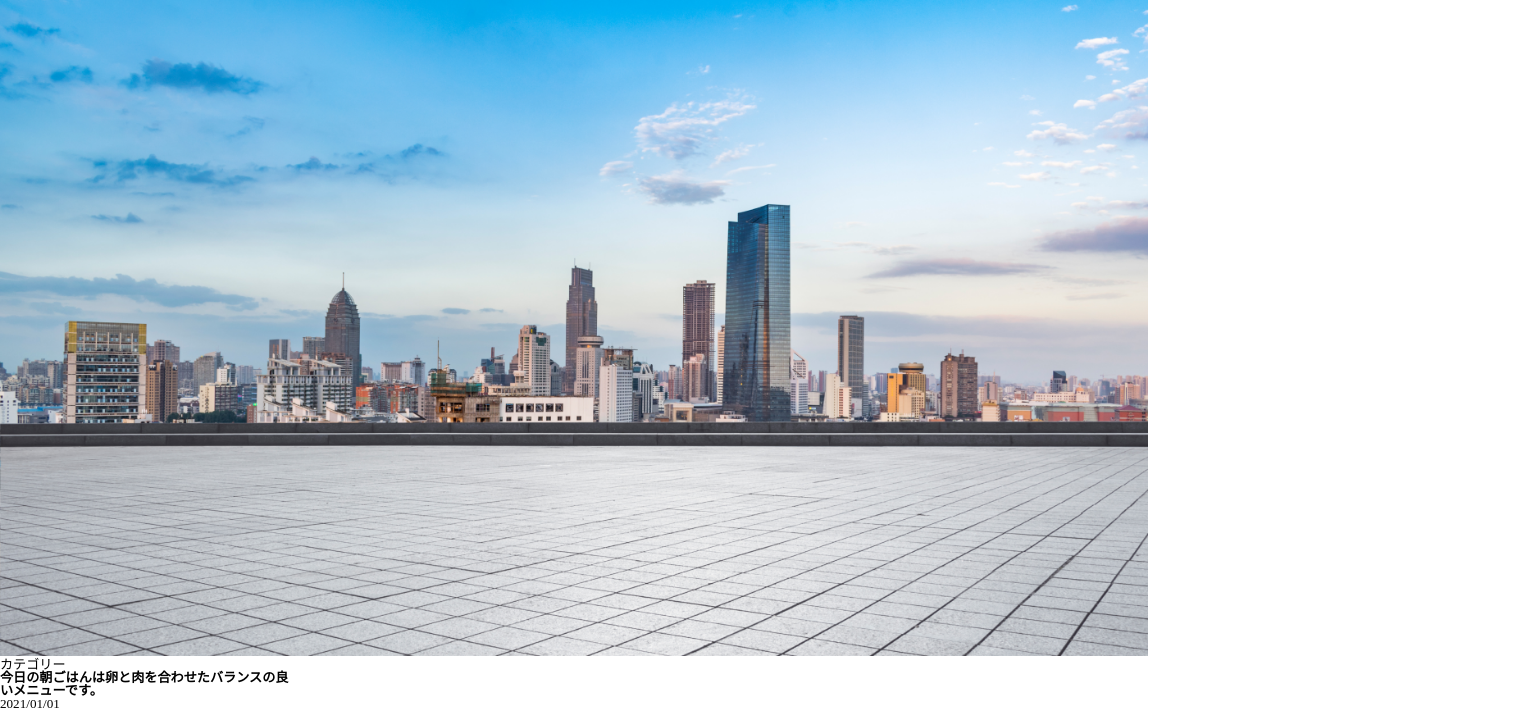
Repository: yosuke257/20231104_watanabe_css
Page: coachtech/html-css/index.html
An editor plug-in stored every save of this project. The page is shown before and after the next save, followed by the edit.
The browser window is 1280 px wide. The page is 1400 px wide, then 1860 px, so the pictures cover 1860 px, including what lies to the right of the window. The pictures show the whole page, at 82% of full size.

Above is the page before, as saved 2023-10-23 00:00:17.

### coachtech/html-css/index.html
<!DOCTYPE html>
<html lang="ja">

<head>
    <meta charset="UTF-8">
    <meta name="viewport" content="width=device-width, initial-scale=1.0">
    <title>Document</title>
    <link rel="stylesheet" href="css/style.css" />
    <link rel="stylesheet" href="css/reset.css" />
</head>

<body>
    <div class="card">
        <div class="card__img">
            <img src="img/mv.png" alt="">
        </div>
    </div>

    <div class="card__content">
        <div class="card__content-cat">カテゴリー</div>
        <h2 class="card__content-ttl">
            今日の朝ごはんは卵と肉を合わせたバランスの良いメニューです。
        </h2>
        <div class="card__content-tag">
            <p class="card__content-tag-item"></p>
            <p class="card__content-tag-item card__content-tag-item--last">2021/01/01</p>
        </div>
    </div>
</body>

</html>

### coachtech/html-css/css/style.css
body {
    width: 360px;
}

### coachtech/html-css/css/reset.css
 /*
html5doctor.com Reset Stylesheet
v1.6.1
Last Updated: 2010-09-17
Author: Richard Clark - http://richclarkdesign.com
Twitter: @rich_clark
*/

 html,
 body,
 div,
 span,
 object,
 iframe,
 h1,
 h2,
 h3,
 h4,
 h5,
 h6,
 p,
 blockquote,
 pre,
 abbr,
 address,
 cite,
 code,
 del,
 dfn,
 em,
 img,
 ins,
 kbd,
 q,
 samp,
 small,
 strong,
 sub,
 sup,
 var,
 b,
 i,
 dl,
 dt,
 dd,
 ol,
 ul,
 li,
 fieldset,
 form,
 label,
 legend,
 table,
 caption,
 tbody,
 tfoot,
 thead,
 tr,
 th,
 td,
 article,
 aside,
 canvas,
 details,
 figcaption,
 figure,
 footer,
 header,
 hgroup,
 menu,
 nav,
 section,
 summary,
 time,
 mark,
 audio,
 video {
     margin: 0;
     padding: 0;
     border: 0;
     outline: 0;
     font-size: 100%;
     vertical-align: baseline;
     background: transparent;
 }

 body {
     line-height: 1;
 }

 article,
 aside,
 details,
 figcaption,
 figure,
 footer,
 header,
 hgroup,
 menu,
 nav,
 section {
     display: block;
 }

 nav ul {
     list-style: none;
 }

 blockquote,
 q {
     quotes: none;
 }

 blockquote:before,
 blockquote:after,
 q:before,
 q:after {
     content: '';
     content: none;
 }

 a {
     margin: 0;
     padding: 0;
     font-size: 100%;
     vertical-align: baseline;
     background: transparent;
 }

 /* change colours to suit your needs */
 ins {
     background-color: #ff9;
     color: #000;
     text-decoration: none;
 }

 /* change colours to suit your needs */
 mark {
     background-color: #ff9;
     color: #000;
     font-style: italic;
     font-weight: bold;
 }

 del {
     text-decoration: line-through;
 }

 abbr[title],
 dfn[title] {
     border-bottom: 1px dotted;
     cursor: help;
 }

 table {
     border-collapse: collapse;
     border-spacing: 0;
 }

 /* change border colour to suit your needs */
 hr {
     display: block;
     height: 1px;
     border: 0;
     border-top: 1px solid #cccccc;
     margin: 1em 0;
     padding: 0;
 }

 input,
 select {
     vertical-align: middle;
 }

After the next save:
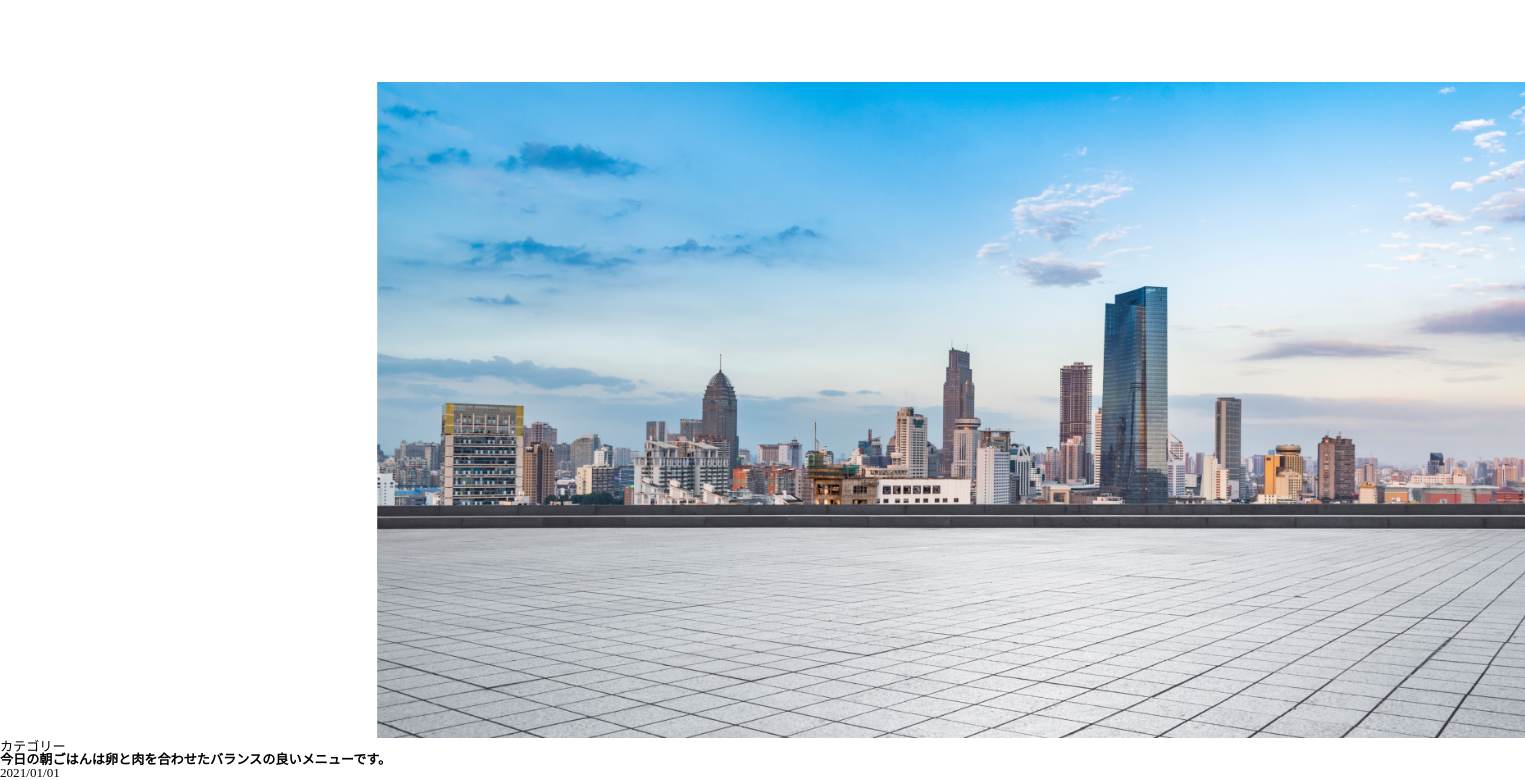
Saved 87 s later.
--- a/coachtech/html-css/css/style.css
+++ b/coachtech/html-css/css/style.css
@@ -1,3 +1,4 @@
-body {
+.card{
     width: 360px;
+    margin: 100px auto 0;
 }
